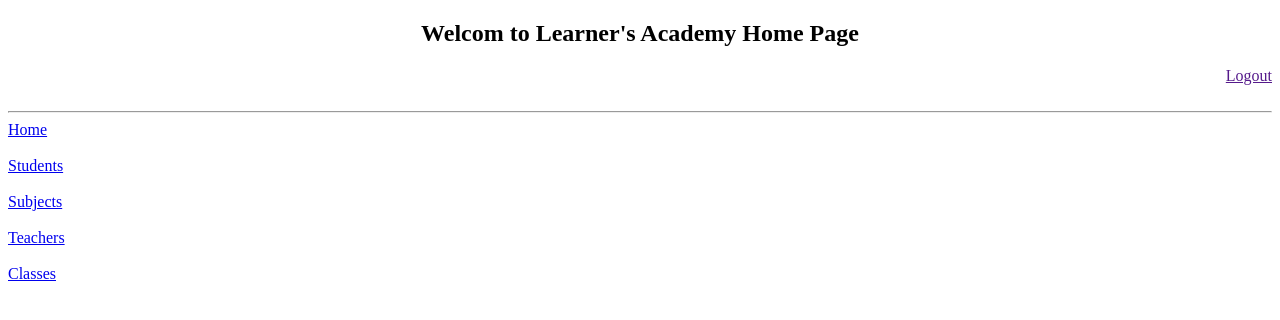
Repository: mdzeyan/JavaFSD-phase2-project
Page: Learners_Academy/src/main/webapp/AdminHome.html
The author's editor kept a copy of each file at every save. The page is drawn from the files as they stood at one save, then again after the next save.
The browser window is 1280 px wide. The pictures show the whole page.

Above is the page before, as saved 2022-04-01 06:44:02.

After the next save:
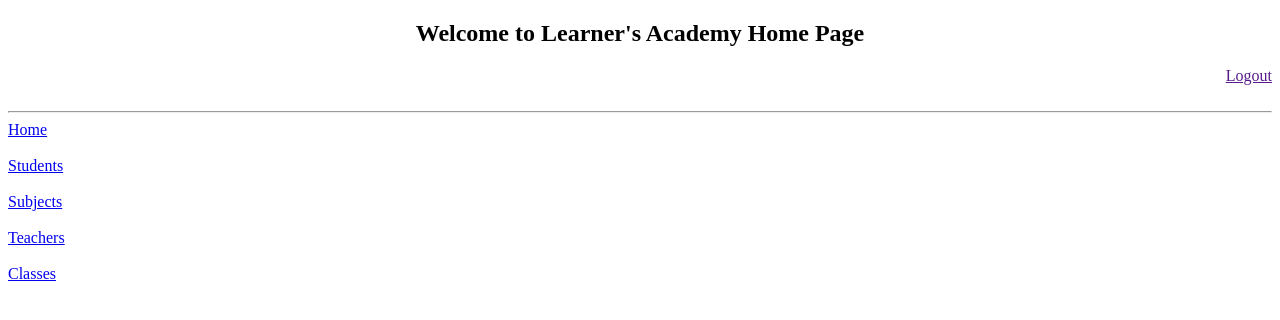
Saved 5 s later.
--- a/Learners_Academy/src/main/webapp/AdminHome.html
+++ b/Learners_Academy/src/main/webapp/AdminHome.html
@@ -6,7 +6,7 @@
 </head>
 <body>
 
-	<h2 align="center">Welcom to Learner's Academy Home Page</h2>
+	<h2 align="center">Welcome to Learner's Academy Home Page</h2>
 	<div align="right"><a href="">Logout</a></div>
 	<br>
 	<hr></hr>
